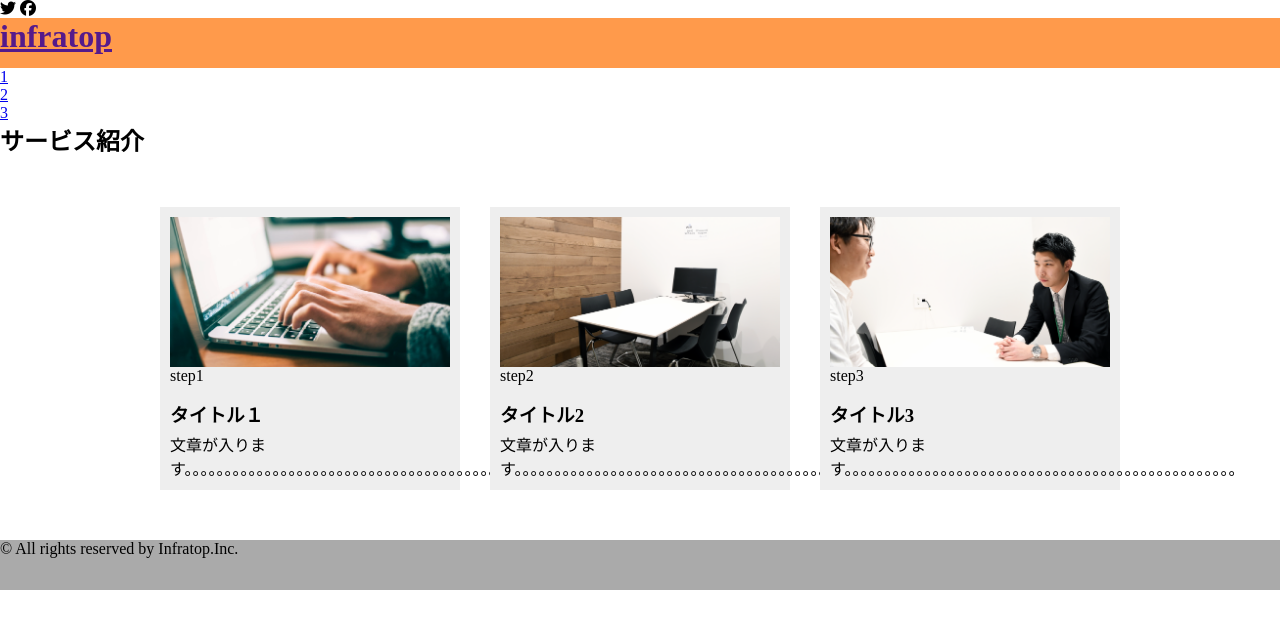
Repository: yymmyymm/review-sub1
Page: caravan2/index2.html
The author's editor kept a record of every edit. The page is drawn from the files as they stood at one moment, then again after the next edit.
The browser window is 1280 px wide. The pictures show the whole page.
Some web libraries are served in a nearby version.

Above is the page before.

After the next edit:
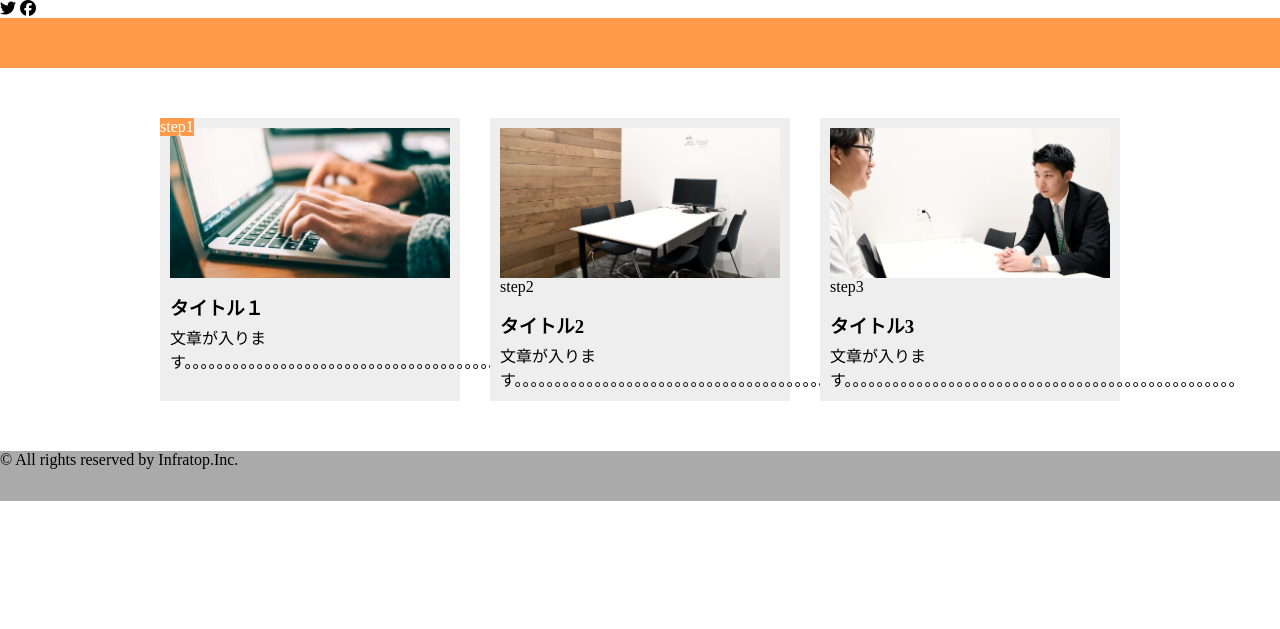
The edit:
--- a/caravan2/index2.html
+++ b/caravan2/index2.html
@@ -13,47 +13,11 @@
     <i class="fa-brands fa-facebook"></i>
     </div>
   <header>
-    <h1 class="heading"><a href="">infratop</a>
-    </h1>
   </header>
-
-  <nav>
-    <ul class="nav-list">
-      <li class="nav-list-item">
-        <a href="index2.html">1</a>
-      </li>
-       <li class="nav-list-item">
-        <a href="index2.html">2</a>
-      </li>
-       <li class="nav-list-item">
-        <a href="index2.html">3</a>
-      </li>
-
-    </ul>
-  </nav>
-  <div class="main">
-    <div class="box1"></div>
-    <div class="box2"></div>
-    <div class="box3"></div>
-    <div class="box4"></div>
-    <div class="box5"></div>
-    <div class="box6"></div>
-    <div class="box7"></div>
-
-  </div>
-    <div class="airport"></div>
-    <div class="asia"></div>
-    <div class="desert"></div>
-    <div class="forest"></div>
-
-  <section class="main-visual">
-    <h1 class="headline">サービス紹介</h1>
-  </section>
-
   <main>
     <div class="step-box">
       <div class="step-img1"></div>
-      <span clss="step-num">step1</span>
+      <span class="step-num">step1</span>
       <h3 class="title">タイトル１</h3>
       <p class="text">
         文章が入ります。。。。。。。。。。。。。。。。。。。。。。。。。。。。。。。。。。。。。。。。。。。。。。。。。
